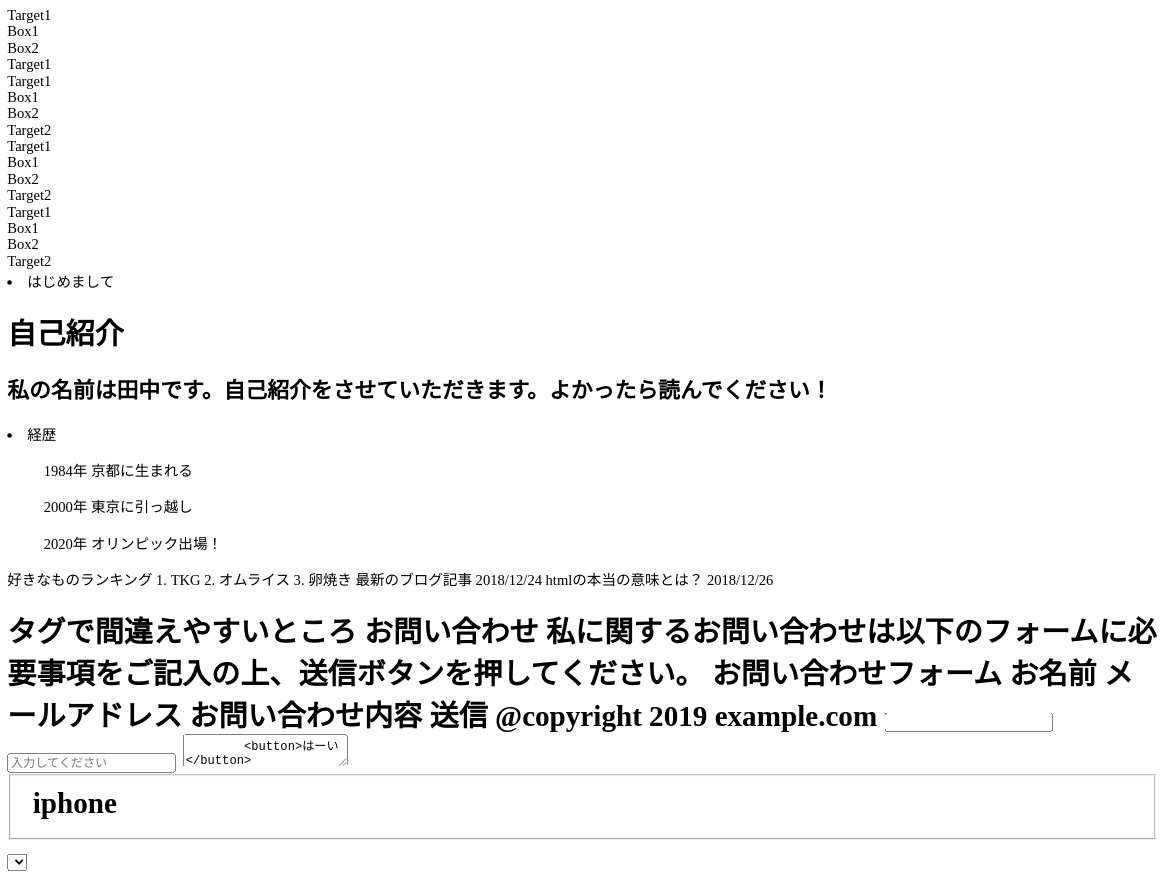
Repository: wairoku/suretigai1
Page: jack.html
An editor plug-in stored every save of this project. The page is shown before and after the next save, followed by the edit.
The browser window is 1280 px wide. The pictures show the whole page, at 91% of full size.

Above is the page before, as saved 2019-01-02 19:17:02.

After the next save:
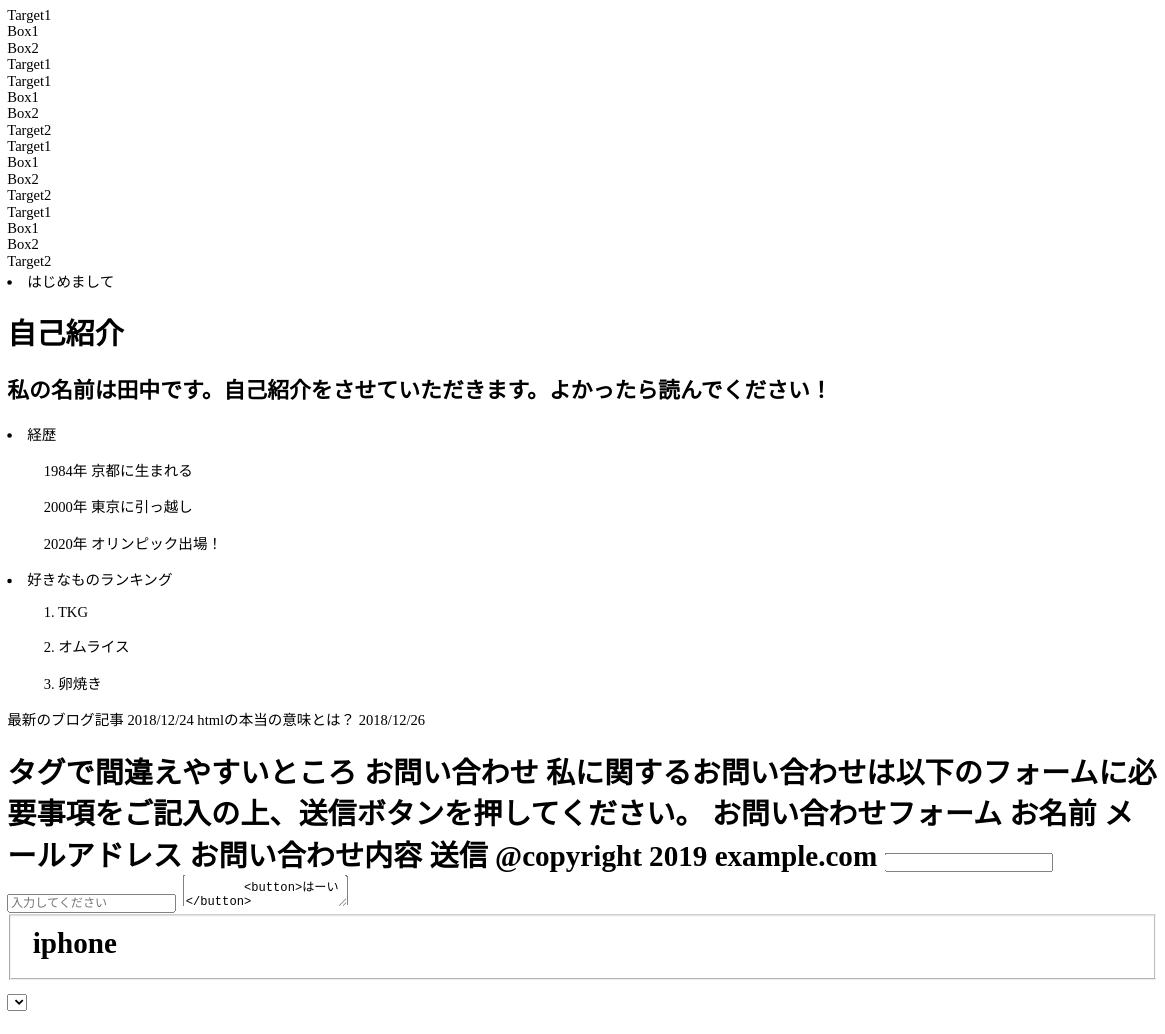
Saved 99 s later.
--- a/jack.html
+++ b/jack.html
@@ -38,10 +38,14 @@
     <ul>2020年 オリンピック出場！</ul>
 </li>
 
-好きなものランキング
-1. TKG
-2. オムライス
-3. 卵焼き
+<li>好きなものランキング
+        <ol>1. TKG</ol>
+        <ol>2. オムライス</ol>
+        <ol>3. 卵焼き</ol>
+    </li>
+
+
+
 
 最新のブログ記事
 2018/12/24 htmlの本当の意味とは？
